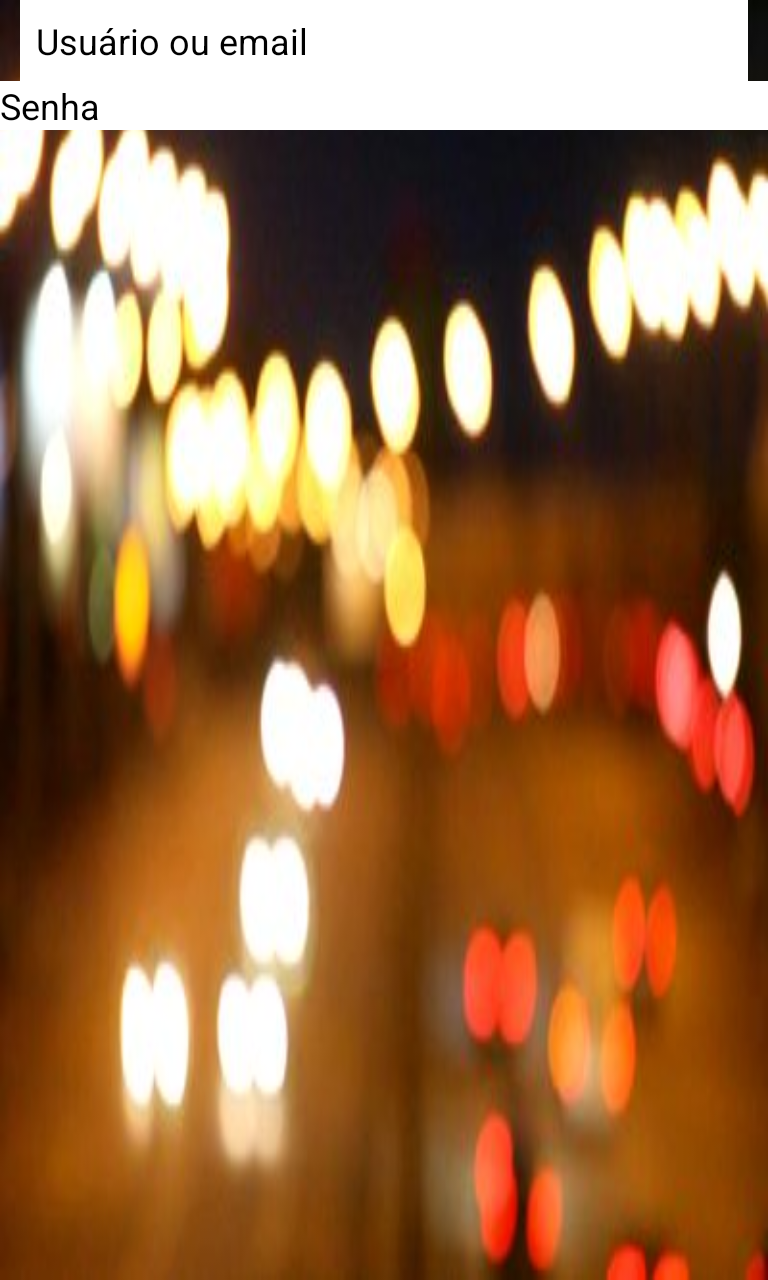
Repository: wellingtondessuy/AppLearning
Layout: HappyApp/res/layout/activity_login.xml
These files come from the project's save history. The layout is drawn as it stood at one moment and after the next save; the edit follows.
It is drawn on a 768 x 1280 px phone screen (xhdpi) without system bars, with theme AppTheme; the app's code is not run. The app's manifest (not shown) leaves right-to-left support off. So textAlignment, textDirection and layoutDirection are ignored, and left and right values win over start and end ones.

Above is the layout before, as saved 2015-05-22 19:13:27.

After the next save:
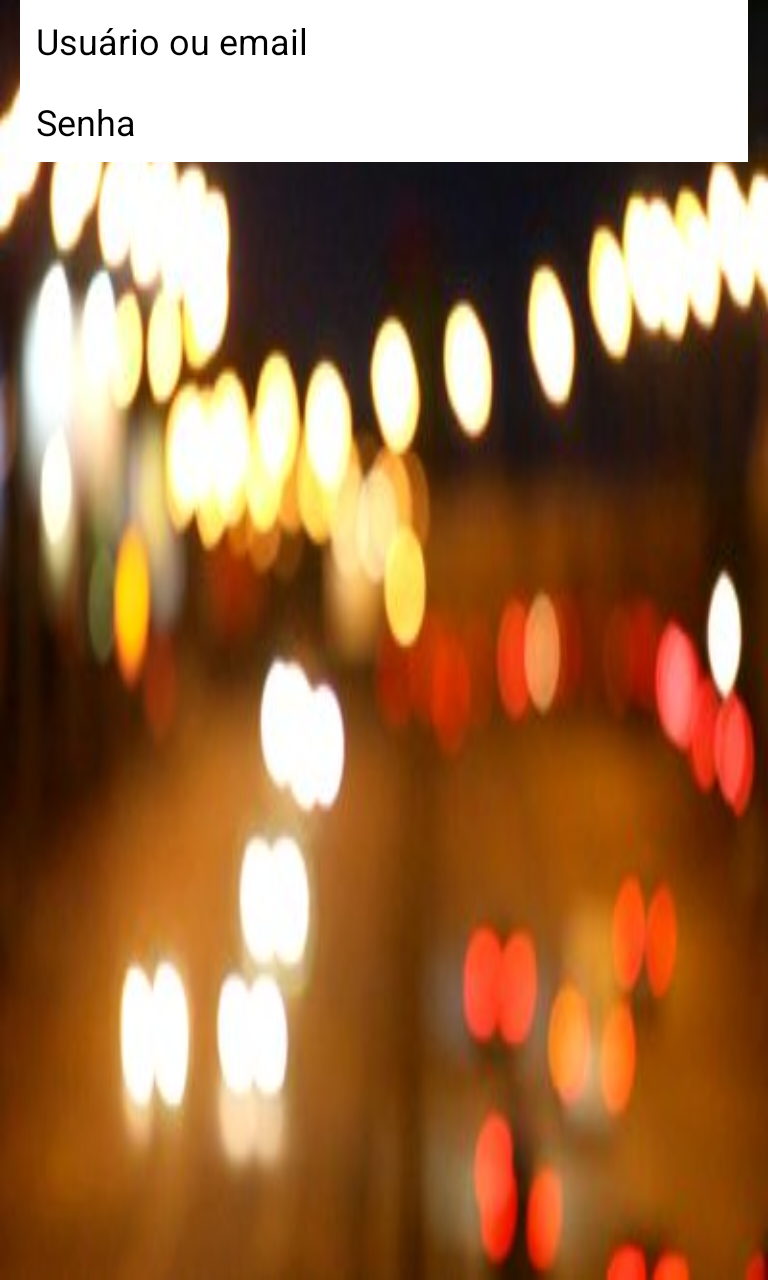
Saved 15 s later.
--- a/HappyApp/res/layout/activity_login.xml
+++ b/HappyApp/res/layout/activity_login.xml
@@ -27,6 +27,9 @@
         android:layout_width="match_parent"
         android:layout_height="wrap_content"
         android:background="#FFFFFF"
-        />
+        android:layout_marginLeft="10dp"
+        android:layout_marginStart="10dp"
+        android:layout_marginRight="10dp"
+        android:padding="8dp"/>
 
 </LinearLayout>
